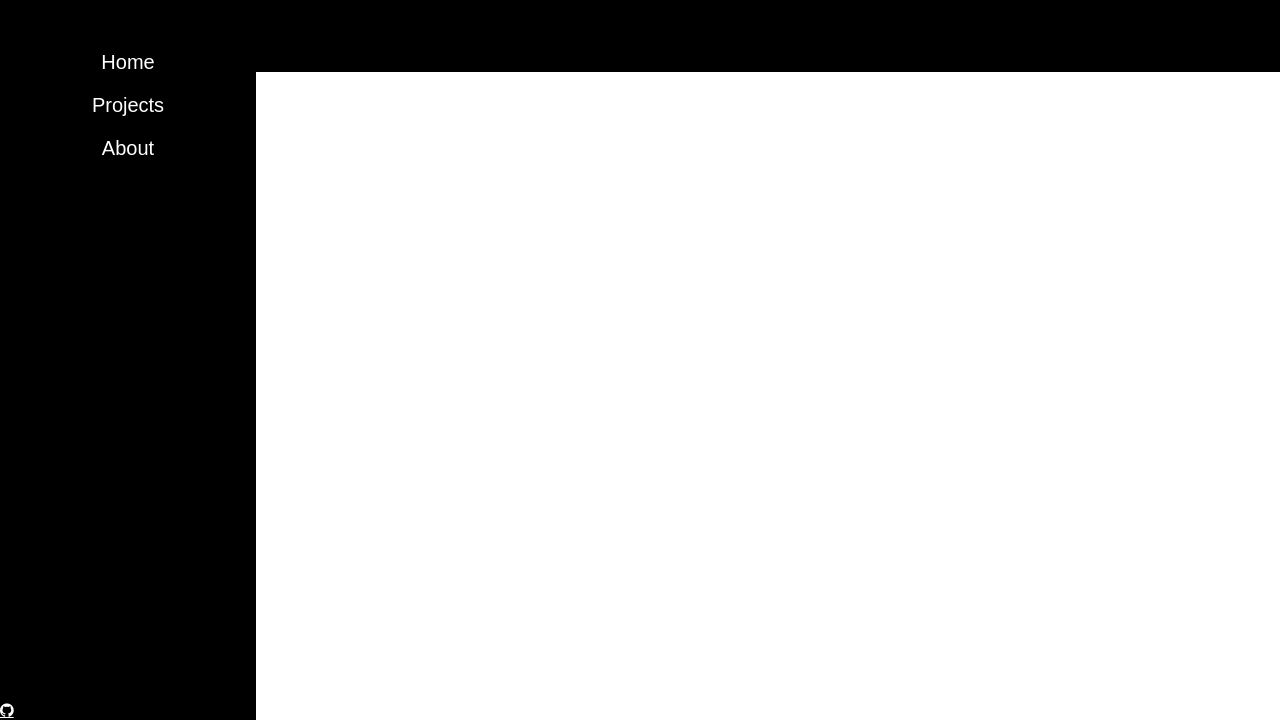
Repository: josephinel6/josephinel6.github.io
Page: index.html
An editor plug-in stored every save of this project. The page is shown before and after the next save, followed by the edit.
The browser window is 1280 px wide. The pictures show the whole page.

Above is the page before, as saved 2023-04-04 10:50:38.

### index.html
<!DOCTYPE html>
<html>

<head>
    <style>
        :root.light {
            --color-bg: white;
            --color-menu-text: black;
        }

        :root.dark {
            --color-bg: black;
            --color-menu-text: white;
        }

        /* :root {
            --color-bg: black;
        } */

        html,
        body {
            height: 100%;
            width: 100%;
            margin: 0;
            position: relative;
            /* border-color: blue;
            border-radius: 10px;
            border-style: solid; */
            padding: 0;
        }

        #menu {
            height: 100%;
            width: 20%;
            position: absolute;
            z-index: 1;
            top: 0;
            bottom: 0;
            background-color: var(--color-bg);
        }

        #topbar {
            width: 100%;
            height: 10%;
            background-color: var(--color-bg);
            position: absolute;
        }

        .menutext {
            color: var(--color-menu-text);
            font-family: sans-serif;
            font-size: 20px;
        }

        .fa-github {
            color: var(--color-menu-text);
        }
    </style>
    <link rel="stylesheet" href="https://cdnjs.cloudflare.com/ajax/libs/font-awesome/4.7.0/css/font-awesome.min.css">
    <script type="module" src="https://cdn.jsdelivr.net/gh/zerodevx/zero-md@2/dist/zero-md.min.js"></script>
</head>

<body>
    <div id="menu">
        <div>
            <CENTER>
                <p class="menutext" style="margin-top: 20%"> Home </p>
                <p class="menutext"> Projects </p>
                <p class="menutext"> About </p>
            </CENTER>
        </div>
        <CENTER>
            <div style="position: absolute; bottom:0">
                <a href="https://github.com/josephinel6" class="fa fa-github"></a>
            </div>
        </CENTER>
    </div>
    <div id="topbar">

    </div>
    <script>
        window.onload = function () {
            document.documentElement.classList.remove("light")
            document.documentElement.classList.add("dark")
            window.localStorage.setItem('mode', 'dark');
            console.log("dark")
        }

        function openpage(pageName, elmnt) {
            var i, tabcontent, tablinks;
            tabcontent = document.getElementsByClassName("tabcontent");
            for (i = 0; i < tabcontent.length; i++) {
                tabcontent[i].style.display = "none";
            }
            tablinks = document.getElementsByClassName("tablink");
            for (i = 0; i < tablinks.length; i++) {
                tablinks[i].style.backgroundColor = "";
            }
            document.getElementById(pageName).style.display = "block";

            document.body.scrollTop = 0;
            document.documentElement.scrollTop = 0;
            console.log("ducks")
        }
    </script>

</body>

</html>

After the next save:
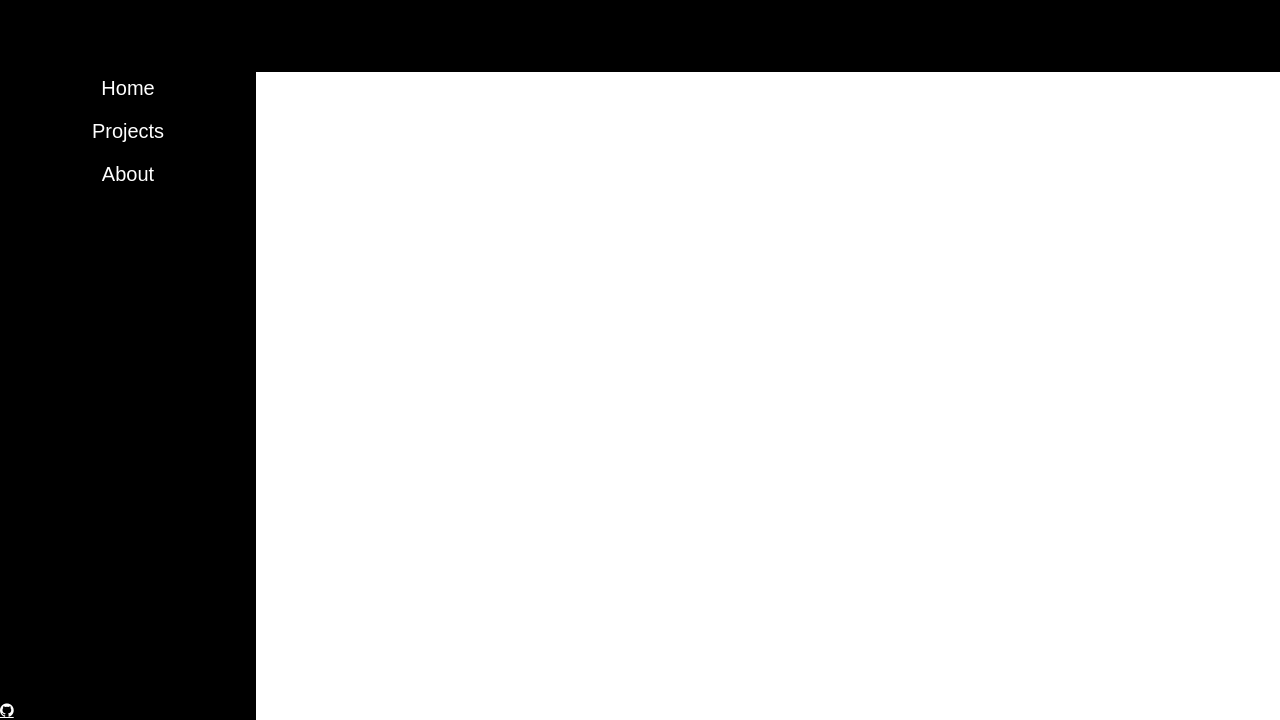
Saved 4 s later.
--- a/index.html
+++ b/index.html
@@ -64,7 +64,7 @@
     <div id="menu">
         <div>
             <CENTER>
-                <p class="menutext" style="margin-top: 20%"> Home </p>
+                <p class="menutext" style="margin-top: 30%"> Home </p>
                 <p class="menutext"> Projects </p>
                 <p class="menutext"> About </p>
             </CENTER>
